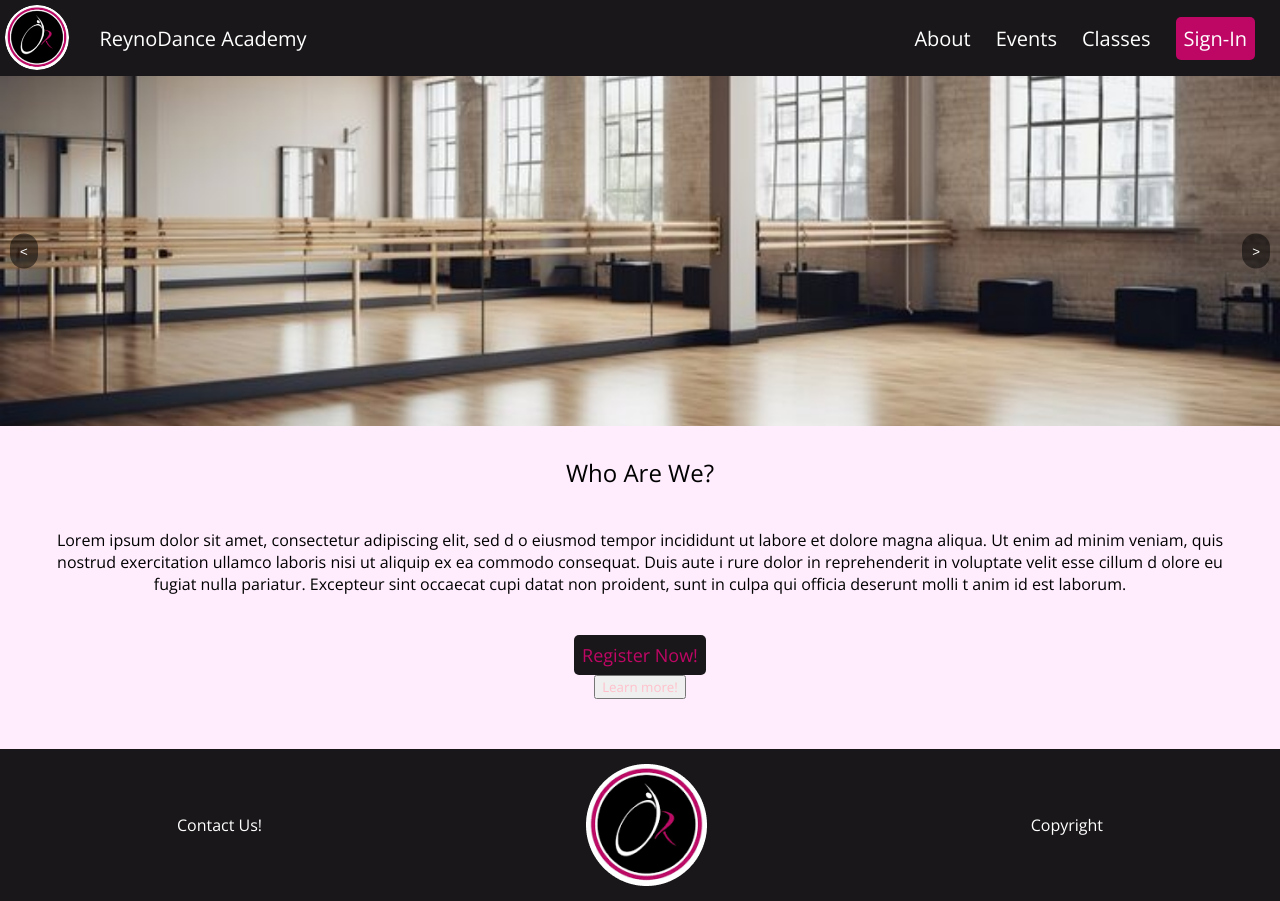
Repository: andreaelpz/reynodance-academy
Page: /
These files come from the project's save history. The page is drawn as it stood at one moment and after a run of saves; the edit follows.
The browser window is 1280 px wide. The pictures show the whole page.
The pointer rests on the first visible `.register`.
The project was rebuilt for these pictures with package versions that can differ from the ones it lists, and the page was loaded fresh each time. Also part of the build but not shown: angular.json, src/app/about/about.component.ts, src/app/classes/classes.component.ts, src/app/events/events.component.ts, src/app/user/sign-in/sign-in.component.ts, src/app/dashboard/dashboard.component.ts, src/app/user/register/register.component.ts, src/app/login/login.component.ts.

Above is the page before, as saved 2024-11-19 23:24:35.

After the next 3 saves:
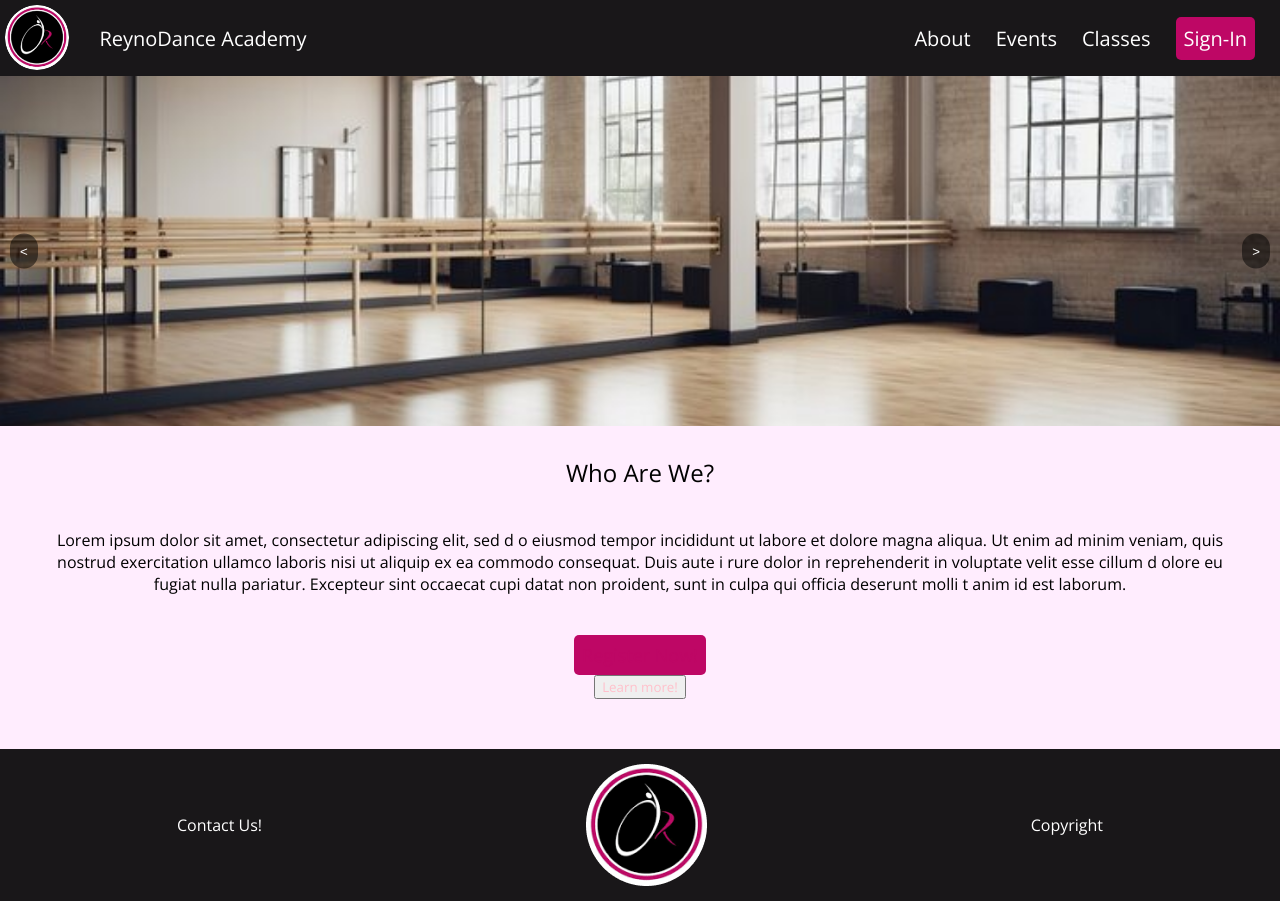
The 3 saves are shown as one change because they came seconds apart.
The last was saved 13 s later.
--- a/src/app/home/home.component.css
+++ b/src/app/home/home.component.css
@@ -74,7 +74,7 @@ img {
 
 .register:hover{
   border-color: 10px solid var(--hotPink);
-  background-color: ();
+  background-color: var(--hotPink);
   color: var(--hotPink);
   font-size: 18px;
   font-weight: 400;
